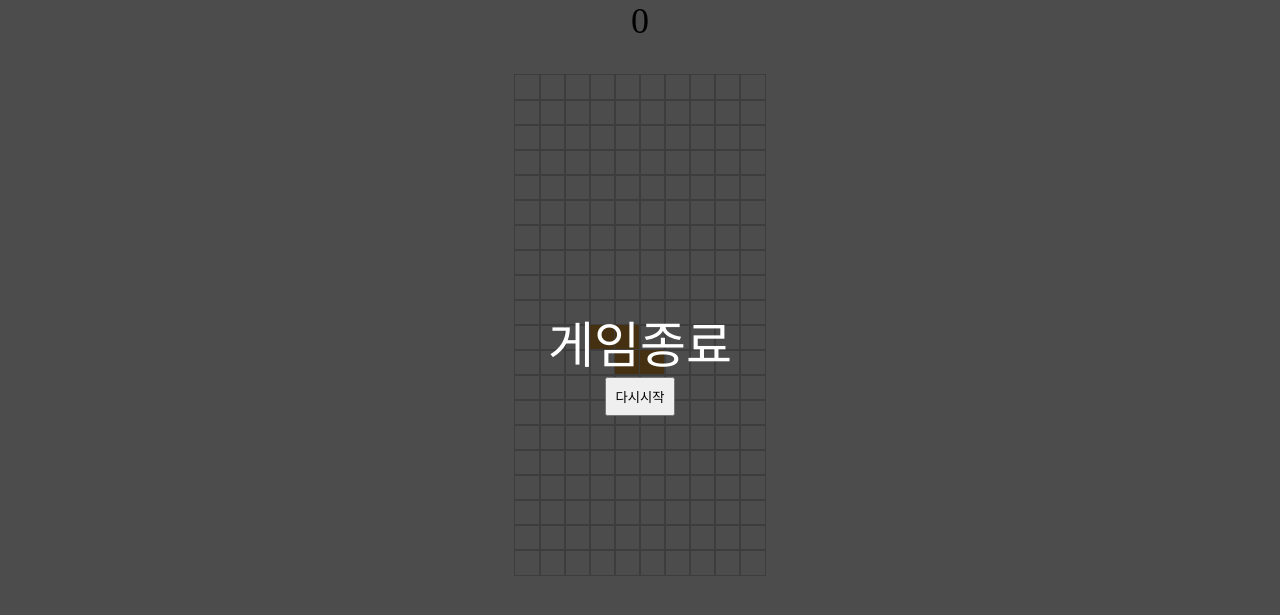
Repository: chlwpdnswku/tetris
Page: index.html
The author's editor kept a copy of each file at every save. The page is drawn from the files as they stood at one save, then again after the next save.
The browser window is 1280 px wide. The pictures show the whole page.

Above is the page before, as saved 2022-12-14 00:19:19.

### index.html
<!DOCTYPE html>
<html lang="en">

<head>
    <meta charset="UTF-8">
    <meta http-equiv="X-UA-Compatible" content="IE=edge">
    <meta name="viewport" content="width=device-width, initial-scale=1.0">
    <link rel="stylesheet" href="style.css">
    <title>Document</title>

</head>

<body>
    <div class="wrapper">
        <div class="game-text">
            <span>게임종료</span>
            <button>다시시작</button>
        </div>
        <div class="score">0</div>
        <div class="playground">
            <!-- ul  -->
            <ul></ul>
        </div>

    </div>

    <!-- import 문을 사용하기위해서 type =module -->
    <script src="script.js" type="module"></script>
</body>

</html>

### style.css
* {
  margin: 0;
  padding: 0;
}
ul {
  list-style: none;
}
body {
  height: 100%;
  overflow: hidden;
}
.game-text {
  display: flex;
  justify-content: center;
  align-items: center;
  flex-direction: column;
  position: fixed;
  width: 100%;
  height: 100%;
  background: rgba(0, 0, 0, 0.7);
  left: 0;
  top: 0;
  color: #fff;
  font-size: 50px;
}
.game-text > button {
  padding: 0.5rem;
}

.score {
  text-align: center;
  font-size: 36px;
  margin-bottom: 2rem;
}
.playground > ul {
  border: 1px solid #333;
  width: 250px;
  margin: 0 auto;
}
.playground > ul > li {
  width: 100%;
  height: 25%;
}

.playground > ul > li > ul {
  display: flex;
}
.playground > ul > li > ul > li {
  width: 25px;
  height: 25px;
  outline: 1px solid #ccc;
}
.tree {
  background: #67c23a;
}

/* 스타일 입력때문에  다른 블록들이 안보이는거였음 */
.bar {
  background: #ff8c69;
}
.square {
  background: #baaad7;
}
.zee {
  background: #e6a23c;
}
.elLeft {
  background: #8e44ad;
}

.elRight {
  background: #16a085;
}

### script.js
import BLOCKS from './js/blocks.js';
// DOM element
const playground = document.querySelector('.playground > ul');
const gameText = document.querySelector('.game-text');
const scoreDisPlay = document.querySelector('.score');

// console.log(playground);

// setting
const GAME_ROWS = 20;
const GAME_COLS = 10;

// variables
let score = 0;
let duration = 500;
let downInterval;
let tempMovingItem;

// 좌료를 바꾸면 모양이 바뀐다.

const movingItem = {
  type: '',
  direction: 3,
  top: 0,
  left: 0,
};

// functions

init();
// 맨처음 시작하는 함수 10개의 20개의 줄을 저장
function init() {
  // object entries 를선언을 해야 사용이된다
  //   console.log(Object.entries(BLOCKS).length);
  //   const blockArray = Object.entries(BLOCKS);
  //   const rendomIndex = Math.floor(Math.random() * blockArray.length);
  //   console.log(blockArray[rendomIndex][0]);

  //   console.log(blockArray);
  //   blockArray.forEach((block) => console.log(block[0]));
  //   console.log(rendomIndex);

  // 값만 가져와서 넣어줌
  tempMovingItem = { ...movingItem };
  //   movingItem.left = 3;
  //   console.log(tempMovingItem);
  for (let i = 0; i < GAME_ROWS; i++) {
    prependNewLine();
  }
  // 하나씩 아래로 내려가는 것을 구현
  generateNewBlock();
}

//
function prependNewLine() {
  const li = document.createElement('li');
  const ul = document.createElement('ul');

  for (let j = 0; j < GAME_COLS; j++) {
    const matrix = document.createElement('li');
    // ul -> li
    ul.prepend(matrix);
  }
  li.prepend(ul);
  playground.prepend(li);
}

// moveType 인자 넘겨받아야됨 보내지않을경우에는 moveType을 초기값을 넣어줌
function renderBlocks(moveType = '') {
  const { type, direction, top, left } = tempMovingItem;
  //   console.log(BLOCKS[type][direction]);

  const movingBlocks = document.querySelectorAll('.moving');

  //   4개의 무빙이 찍힘
  movingBlocks.forEach((moving) => {
    // 이러면 css에의해서 트리 클래스가없는 애들은 빈값이됨
    moving.classList.remove(type, 'moving');
    // console.log(moving);
  });

  // 즉 forEach 문으로 ->some 으로 사용해서 return true 를 써가지고
  // 중간에 빈값이면 랜더링 할 필요가 없어서 some 을 사용해서 원하는 시점에 반복문 중단하고 다시실행 renderblocks()
  BLOCKS[type][direction].some((block) => {
    const x = block[0] + left;
    const y = block[1] + top;
    // console.log({ playground });
    // ul안에 chileNodes ->이 렇게 가는거임 0번은 li임
    // target은 tree 클래스 부여 즉 tree를  class를 줘서 css 를 변경?
    const target = playground.childNodes[y]
      ? playground.childNodes[y].childNodes[0].childNodes[x]
      : null;

    const isAvailable = checkEmpty(target);
    // console.log(target);
    //  가능한 상태이면?
    if (isAvailable) {
      target.classList.add(type, 'moving');
    } else {
      // 원상복구 시키고 재귀함수를 호출할거임 ! 좌표를 원상태로 하고 부르기
      tempMovingItem = { ...movingItem };
      //   이벤트가 전부 실행이되고 스택을 집어넣는용도 무한스텍이 불러주는 용도 막기!
      if (moveType === 'retry') {
        // 인터벌을 멈추고
        clearInterval(downInterval);
        // 게임 텍스트를 보여줌
        showGameoverText();
      }
      setTimeout(() => {
        renderBlocks('retry');
        if (moveType === 'top') {
          seizeBlock();
        }
      }, 0);
      return true;
      //   renderBlocks();
    }
  });
  movingItem.left = left;
  movingItem.top = top;
  movingItem.direction = direction;
  //   console.log(type, direction, top, left);
}

// 밑으로 떨어질 때에 블록 고정 함수 호출

function seizeBlock() {
  // getselector를 써서 오류가 났었음 !
  const movingBlocks = document.querySelectorAll('.moving');
  movingBlocks.forEach((moving) => {
    moving.classList.remove('moving');
    moving.classList.add('seized');
  });
  checkMatch();
  //  generateNewBlock();
}
function checkMatch() {
  // 일단 전체의 차일드 노드를 가져옴 -> ul 에 foreach를 또돌림
  const chileNodes = playground.childNodes;
  chileNodes.forEach((child) => {
    let matched = true;
    child.children[0].childNodes.forEach((li) => {
      // 이클래스가없다고하면 줄이 완성이 안된거임
      if (!li.classList.contains('seized')) {
        matched = false;
      }
    });
    if (matched) {
      child.remove();
      // 이게 바로 없어지는 순간 바로 한줄이 생기는 구조임
      prependNewLine();
    }
  });
  generateNewBlock();
}
// 새로운 블럭이 생기는 것
// 타입도 바꿔주기
function generateNewBlock() {
  // 위로가는 모양을 1씩 증가시킴 즉 하나씩 내려가는 테트리스틀 표현
  clearInterval(downInterval);
  downInterval = setInterval(() => {
    moveBlock('top', 1);
  }, duration);

  const blockArray = Object.entries(BLOCKS);
  const rendomIndex = Math.floor(Math.random() * blockArray.length);
  console.log(blockArray[rendomIndex][0]);
  //랜덤 인덱스 생성 타입을 랜덤한 번호로 설정을 한다
  movingItem.type = blockArray[rendomIndex][0];
  movingItem.top = 0;
  //   중간 지역으로 보내기 !
  movingItem.left = 3;
  movingItem.direction = 0;
  tempMovingItem = { ...movingItem };
  renderBlocks();
}

function checkEmpty(target) {
  if (!target || target.classList.contains('seized')) {
    return false;
  }
  return true;
}

// 인자들을 받고 moveBlock일때에만 renderBlocks 를 해주고
function moveBlock(moveType, amount) {
  // left를 바꿔줌 이게 증가함에 따라 움직임 하지만 색칠이됨 이동하고
  // 남은 클래스 부분들을삭제를해야됨
  tempMovingItem[moveType] += amount;
  renderBlocks(moveType);
}

function checkDirection() {
  const direction = tempMovingItem.direction;
  direction === 3
    ? (tempMovingItem.direction = 0)
    : (tempMovingItem.direction += 1);
  renderBlocks();
}

function dropBlock() {
  // 현재 돌아가고 있는 인터벌을 끄고 빠른속도로 블록을 내림
  clearInterval(downInterval);
  downInterval = setInterval(() => {
    moveBlock('top', 1);
  }, 10);
}

function showGameoverText() {
  gameText.style.display = 'flex';
}

// 이벤트 핸들링 키를 움직이면 이벤트 객체가 생김 keyCode를 이용해서 각각의 함수를 실행을 시킬거임
document.addEventListener('keydown', (e) => {
  switch (e.keyCode) {
    case 39:
      moveBlock('left', 1);
      break;
    case 37:
      moveBlock('left', -1);
      break;
    case 38:
      checkDirection();
      break;
    case 40:
      moveBlock('top', 1);
      break;

    case 32:
      dropBlock();
      break;
    default:
      break;
  }
  //   console.log(e);
});

// direction keycode and 방향키 키코드
// https://stackoverflow.com/questions/5597060/detecting-arrow-key-presses-in-javascript
//  아래 밑에를 벗어나거나 엘리먼트를 넘어갈때 ? 에러처리 를 해줌
// childNodes[y]가 넘어갈때 target변수가 없을경우 처리해주는 방법

### js/blocks.js
const BLOCKS = {
  tree: [
    [
      [1, 0],
      [0, 1],
      [1, 1],
      [2, 1],
    ],
    [
      [1, 0],
      [0, 1],
      [1, 1],
      [1, 2],
    ],
    [
      [2, 1],
      [0, 1],
      [1, 1],
      [1, 2],
    ],
    [
      [2, 1],
      [1, 2],
      [1, 1],
      [1, 0],
    ],
  ],

  square: [
    [
      [0, 0],
      [0, 1],
      [1, 0],
      [1, 1],
    ],
    [
      [0, 0],
      [0, 1],
      [1, 0],
      [1, 1],
    ],
    [
      [0, 0],
      [0, 1],
      [1, 0],
      [1, 1],
    ],
    [
      [0, 0],
      [0, 1],
      [1, 0],
      [1, 1],
    ],
  ],
  bar: [
    [
      [1, 0],
      [2, 0],
      [3, 0],
      [4, 0],
    ],
    [
      [2, -1],
      [2, 0],
      [2, 1],
      [2, 2],
    ],
    [
      [1, 0],
      [2, 0],
      [3, 0],
      [4, 0],
    ],
    [
      [2, -1],
      [2, 0],
      [2, 1],
      [2, 2],
    ],
  ],

  zee: [
    [
      [0, 0],
      [1, 0],
      [1, 1],
      [2, 1],
    ],
    [
      [0, 1],
      [1, 0],
      [1, 2],
      [0, 2],
    ],
    [
      [0, 1],
      [1, 1],
      [1, 2],
      [2, 2],
    ],
    [
      [2, 0],
      [2, 1],
      [1, 1],
      [1, 2],
    ],
  ],

  elLeft: [
    [
      [0, 0],
      [0, 1],
      [1, 1],
      [2, 1],
    ],
    [
      [1, 0],
      [1, 1],
      [1, 2],
      [0, 2],
    ],
    [
      [0, 1],
      [1, 1],
      [2, 1],
      [2, 2],
    ],
    [
      [1, 0],
      [2, 0],
      [1, 1],
      [1, 2],
    ],
  ],

  elRight: [
    [
      [1, 0],
      [2, 0],
      [1, 1],
      [1, 2],
    ],
    [
      [0, 0],
      [0, 1],
      [1, 1],
      [2, 1],
    ],
    [
      [0, 2],
      [1, 0],
      [1, 1],
      [1, 2],
    ],
    [
      [0, 1],
      [1, 1],
      [2, 1],
      [2, 2],
    ],
  ],
};

export default BLOCKS;

After the next save:
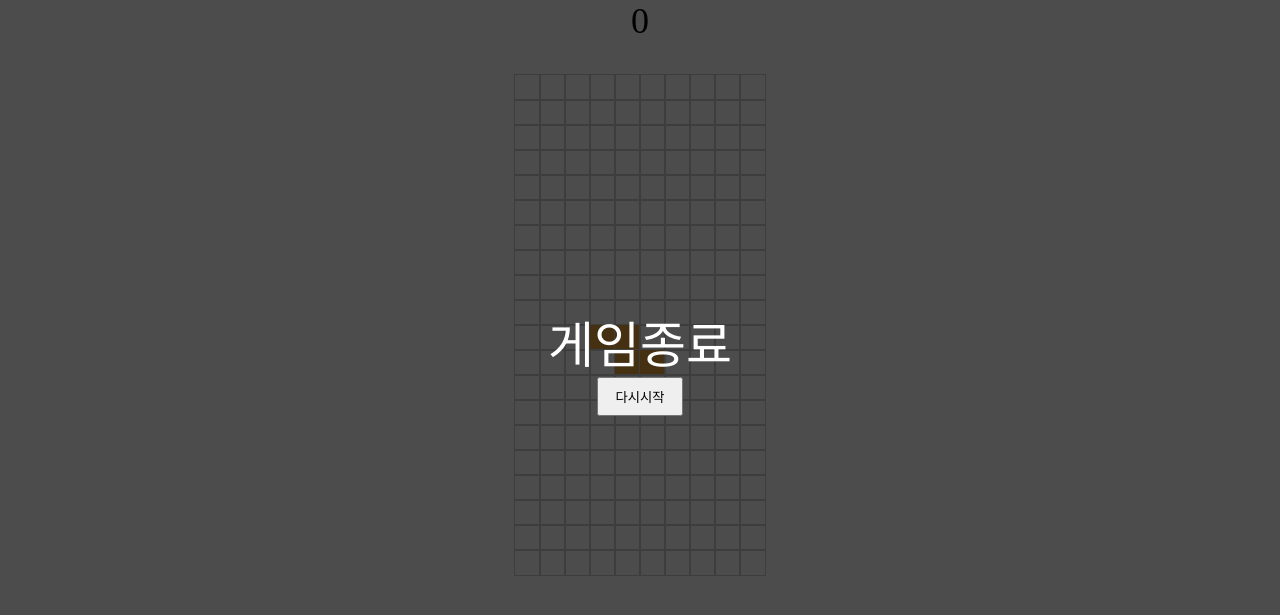
Saved 34 s later.
--- a/style.css
+++ b/style.css
@@ -24,7 +24,7 @@ body {
   font-size: 50px;
 }
 .game-text > button {
-  padding: 0.5rem;
+  padding: 0.5rem 1rem;
 }
 
 .score {
